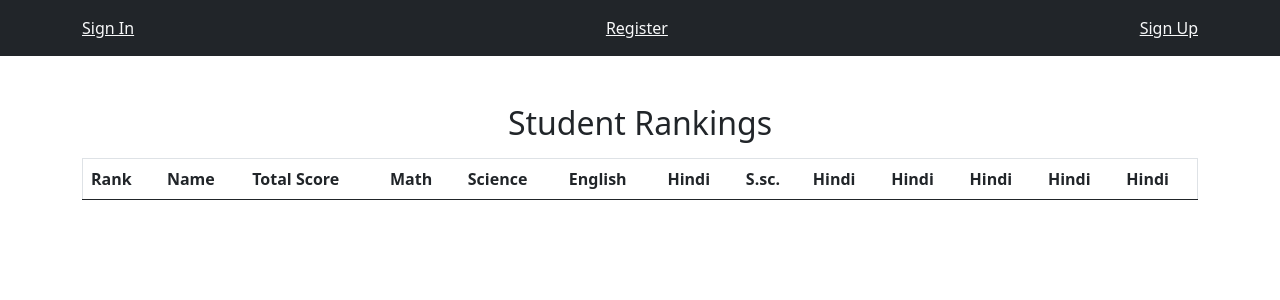
Repository: akankshaajoshi/student-counselling-application
Page: templates/registration/rankings.html
These files come from the project's save history. The page is drawn as it stood at one moment and after the next save; the edit follows.
The browser window is 1280 px wide. The pictures show the whole page.
The template is drawn by Django 3.2. The application's start-up code is not run. The template is opened directly, without the code that normally fills it, so the values that code supplies are empty.

Above is the page before, as saved 2024-04-25 13:35:24.

After the next save:
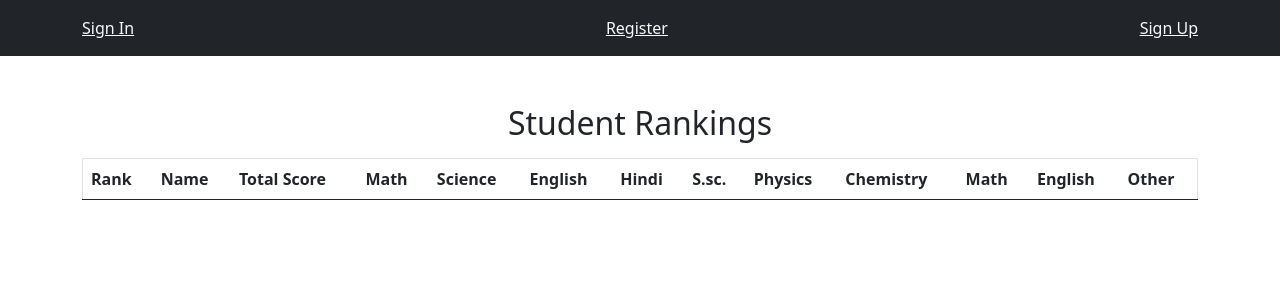
Saved 31 s later.
--- a/templates/registration/rankings.html
+++ b/templates/registration/rankings.html
@@ -21,11 +21,11 @@
         <th scope="col">English</th>
         <th scope="col">Hindi</th>
         <th scope="col">S.sc.</th>
-        <th scope="col">Hindi</th>
-        <th scope="col">Hindi</th>
-        <th scope="col">Hindi</th>
-        <th scope="col">Hindi</th>
-        <th scope="col">Hindi</th>
+        <th scope="col">Physics</th>
+        <th scope="col">Chemistry</th>
+        <th scope="col">Math</th>
+        <th scope="col">English</th>
+        <th scope="col">Other</th>
       </tr>
     </thead>
     <tbody>
